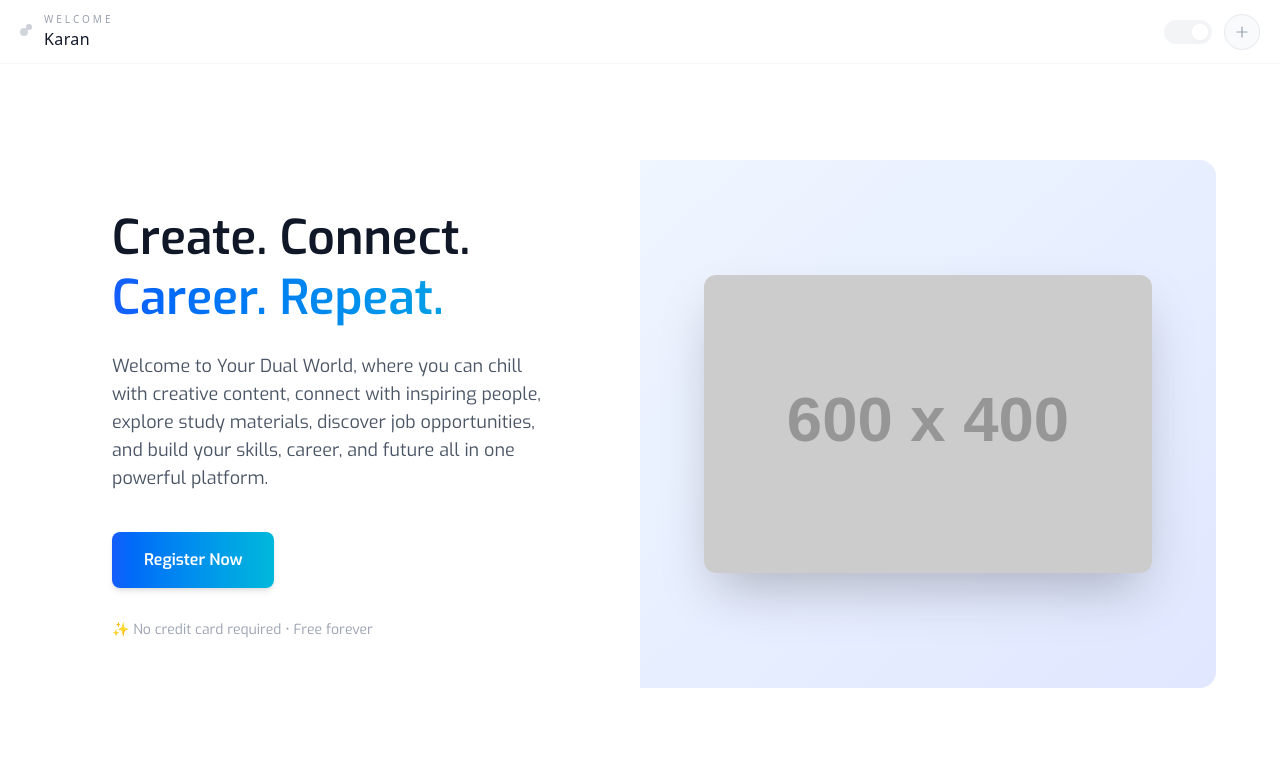
Repository: deepak445566/job
Page: / (app in frontend/)
The author's editor kept a copy of each file at every save. The page is drawn from the files as they stood at one save, then again after the next save.
The browser window is 1280 px wide. The pictures show the whole page.
The page's requests for data from a server got no answer. Some web fonts or font styles are not loaded; a fallback is used. The project was rebuilt for these pictures with package versions that can differ from the ones it lists, and the page was loaded fresh each time. Some packages were replaced by stand-ins written for this rebuild. No one was signed in, and anything a server would have sent is missing. Also part of the build but not shown: frontend/vite.config.js, frontend/src/Components/auth/Login.jsx, frontend/src/Components/study/StudyDashboard.jsx, frontend/src/Components/chill/ChillDashboard.jsx.

Above is the page before, as saved 2026-02-26 14:04:46.

### frontend/index.html
<!doctype html>
<html lang="en">
  <head>
    <meta charset="UTF-8" />
    <link rel="icon" type="image/svg+xml" href="/vite.svg" />
    <meta name="viewport" content="width=device-width, initial-scale=1.0" />
    <title>frontend</title>
    <link rel="preconnect" href="https://fonts.googleapis.com">
<link rel="preconnect" href="https://fonts.gstatic.com" crossorigin>
<link href="https://fonts.googleapis.com/css2?family=Exo:ital,wght@0,100..900;1,100..900&family=Playfair+Display:ital,wght@0,400..900;1,400..900&display=swap" rel="stylesheet">
  </head>
  <body>
    <div id="root"></div>
    <script type="module" src="/src/main.jsx"></script>
  </body>
</html>

### frontend/src/main.jsx
import { StrictMode } from 'react'
import { createRoot } from 'react-dom/client'
import './index.css'
import App from './App.jsx'
import {BrowserRouter} from 'react-router-dom'
import { AppContextProvider } from './context/AppContextProvider.jsx'




createRoot(document.getElementById('root')).render(
  <BrowserRouter>
  <AppContextProvider>
  <StrictMode>
    <App />
  </StrictMode>
  </AppContextProvider>
  </BrowserRouter>
)

### frontend/src/index.css
@import "tailwindcss";
.exo{
  font-family: "Exo", sans-serif;

  font-style: normal;
}

### frontend/src/App.jsx
import React from "react";
import Login from "./Components/auth/Login";
import { Route, Routes } from "react-router-dom";
import Dashboard from "./Components/Dashboard";
import { useAppContext } from "./context/AppContextProvider";
import Navbar from "./Components/common/Navbar";

function App() {
  const { showLogin } = useAppContext(); // user bhi lein context se

  return (
    <div>
      {/* Navbar hamesha dikhega */}
      <Navbar />

      {/* Login modal - tabhi dikhega jab showLogin true ho */}
      {showLogin && <Login />}

      <Routes>
        <Route path="/" element={<Dashboard />} />
      </Routes>
    </div>
  );
}

export default App;

### frontend/src/context/AppContextProvider.jsx
import { useContext, useEffect, useState } from "react";
import { useNavigate } from "react-router-dom";
import axios from "axios";
import { AppContext } from "./AppContext";
import toast from 'react-hot-toast';

axios.defaults.withCredentials = true;
axios.defaults.baseURL = import.meta.env.VITE_BACKEND_URL;
console.log("Base URL:", import.meta.env.VITE_BACKEND_URL);

export const AppContextProvider = ({ children }) => {
  const navigate = useNavigate();
  const [user, setUser] = useState(null);
  const [mode, setMode] = useState('chill'); // Default 'chill' ya 'study'
  const [showLogin, setShowLogin] = useState(false);
  const [loading, setLoading] = useState(true);

  const fetchUser = async () => {
    try {
      const { data } = await axios.get("/api/auth/isauth");
      if (data.success) {
        setUser(data.user);
        // User login hai toh uski mode fetch karo
        fetchUserMode();
      }
    } catch (error) {
      setUser(null);
    } finally {
      setLoading(false);
    }
  };

  // User ka mode fetch karne ka function
  const fetchUserMode = async () => {
    try {
      const { data } = await axios.get("/api/mode/");
      if (data.success) {
        setMode(data.mode);
      }
    } catch (error) {
      console.log("Error fetching mode:", error);
    }
  };

  // Mode toggle karne ka function
  const toggleMode = async () => {
    if (!user) {
      toast.error("Please login first");
      setShowLogin(true);
      return;
    }

    try {
      const { data } = await axios.put("/api/mode/switch");
      if (data.success) {
        setMode(data.mode);
        toast.success(data.message);
      }
    } catch (error) {
      toast.error(error.response?.data?.message || "Error switching mode");
    }
  };

  useEffect(() => {
    fetchUser();
  }, []);

  return (
    <AppContext.Provider
      value={{
        navigate,
        user,
        setUser,
        axios,
        setShowLogin,
        showLogin,
        mode,
        setMode,
        toggleMode,
        loading
      }}
    >
      {children}
    </AppContext.Provider>
  );
};

export const useAppContext = () => useContext(AppContext);

### frontend/src/Components/Dashboard.jsx
// components/Dashboard.jsx
import React from 'react';
import { useAppContext } from '../context/AppContextProvider';
import StudyDashboard from './study/StudyDashboard';
import ChillDashboard from './chill/ChillDashboard';

function Dashboard() {
  const { mode, user, setShowLogin, loading } = useAppContext();

  // Loading state
  if (loading) {
    return (
      <div className="min-h-screen flex items-center justify-center">
        <div className="text-center">
          <div className="w-16 h-16 border-4 border-blue-500 border-t-transparent rounded-full animate-spin mx-auto mb-4"></div>
          <p className="text-gray-600">Loading dashboard...</p>
        </div>
      </div>
    );
  }

  // Agar user login nahi hai
  if (!user) {
    return (
     <div className="min-h-screen  flex items-center justify-center  exo">

      <div className="max-w-6xl w-full   rounded-2xl overflow-hidden flex flex-col md:flex-row">

        {/* Left side: Text and button */}
        <div className="w-full md:w-1/2 p-8 sm:p-10 lg:p-12 flex flex-col justify-center space-y-6">
          {/* Heading */}
          <h1 className="text-4xl sm:text-5xl font-semibold text-gray-900 leading-tight">
           Create. Connect.
            <span className="text-transparent bg-clip-text bg-gradient-to-r from-blue-600 to-cyan-500 block ">
            Career. Repeat.
            </span>
          </h1>

          {/* Paragraph */}
          <p className="text-lg text-gray-600 max-w-md">
            Welcome to Your Dual World, where you can chill with creative content, connect with inspiring people, explore study materials, discover job opportunities, and build your skills, career, and future all in one powerful platform.
          </p>

          {/* Register Now Button */}
          <div className="pt-4">
            <button className="px-8 py-4 bg-gradient-to-r from-blue-600 to-cyan-500 text-white font-semibold rounded-lg shadow-md hover:shadow-lg transform hover:scale-105 transition-all duration-300 ease-in-out focus:outline-none focus:ring-2 focus:ring-blue-400 focus:ring-offset-2">
              Register Now
            </button>
          </div>

          {/* Optional extra trust indicator */}
          <p className="text-sm text-gray-400 pt-2">✨ No credit card required • Free forever</p>
        </div>

        {/* Right side: Image */}
        <div className="w-full md:w-1/2 bg-gradient-to-br from-blue-50 to-indigo-100 flex items-center justify-center p-8 sm:p-10 lg:p-12">
          {/*
            Using a placeholder image from placeholder.com.
            Replace the src with your own image.
            The image is made responsive with object-fit to maintain aspect ratio.
          */}
          <img
            src="https://placehold.co/600x400/3b82f6/ffffff/png?text=Your+Image+Here&font=montserrat"
            alt="Hero visual representing our platform"
            className="w-full h-auto max-w-md rounded-xl shadow-2xl object-cover transform hover:scale-105 transition-transform duration-500"
          />
        </div>
      </div>
    </div>
    );
  }

  // Mode ke hisaab se dashboard render karo
  return (
    <div className="transition-all duration-500">
      {mode === 'study' ? <StudyDashboard /> : <ChillDashboard />}
    </div>
  );
}

export default Dashboard;

### frontend/src/Components/common/Navbar.jsx
import React, { useState } from "react";
import { useAppContext } from "../../context/AppContextProvider";
import toast from "react-hot-toast";

function Navbar() {
  const { user, setUser, axios, setShowLogin, navigate, mode, toggleMode } =
    useAppContext();
  const [loggingOut, setLoggingOut] = useState(false);
  const [togglingMode, setTogglingMode] = useState(false);
  const [showProfileMenu, setShowProfileMenu] = useState(false);

  const handleLogout = async () => {
    try {
      setLoggingOut(true);
      const { data } = await axios.post("/api/auth/logout");
      if (data.success) {
        setUser(null);
        setShowLogin(true);
        toast.success("Logged out successfully");
        navigate("/");
      } else {
        toast.error(data.message || "Logout failed");
      }
    } catch (error) {
      toast.error(error.response?.data?.message || "Error logging out");
    } finally {
      setLoggingOut(false);
      setShowProfileMenu(false);
    }
  };

  const handleToggleMode = async () => {
    try {
      setTogglingMode(true);
      await toggleMode();
    } catch (error) {
      console.error("Error toggling mode:", error);
    } finally {
      setTogglingMode(false);
    }
  };

  const handleProfileClick = () => {
    if (user) {
      setShowProfileMenu(!showProfileMenu);
    } else {
      setShowLogin(true);
    }
  };

  // Get first letter of name for avatar
  const getInitial = () => {
    if (user?.username) return user.username[0].toUpperCase();
    if (user?.email) return user.email[0].toUpperCase();
    return 'K';
  };

  return (
    <nav className="bg-white/80 backdrop-blur-xl px-5 py-3 border-b border-gray-100/50 sticky top-0 z-50">
      <div className="flex justify-between items-center max-w-7xl mx-auto">
        {/* Left Side - Minimal Luxury Greeting */}
        <div className="flex items-center gap-4">
          {/* Ultra-minimal greeting dot */}
          <div className="relative">
            <div className="w-2 h-2 bg-gray-300 rounded-full"></div>
            <div className="absolute -top-1 -right-1 w-1.5 h-1.5 bg-gray-400 rounded-full opacity-50"></div>
          </div>

          {/* Name with exquisite typography */}
          <div className="flex flex-col">
            <span className="text-[10px] uppercase tracking-[0.3em] text-gray-400 font-light">
              Welcome
            </span>
            <div className="flex items-center gap-2">
              <span className="text-base font-light text-gray-900 tracking-wide">
                {user?.username || user?.email?.split('@')[0] || 'Karan'}
              </span>
              {user && (
                <span className="w-1 h-1 bg-gray-300 rounded-full"></span>
              )}
            </div>
          </div>
        </div>

        {/* Right Side - Ultra Minimal Actions */}
        <div className="flex items-center gap-3">
          {/* Mode Toggle - Refined Switch */}
          <button
            onClick={handleToggleMode}
            disabled={togglingMode || !user}
            className={`relative w-12 h-6 rounded-full transition-all duration-700 ${
              user
                ? mode === 'study'
                  ? 'bg-gray-900'
                  : 'bg-gray-400'
                : 'bg-gray-100 cursor-not-allowed'
            }`}
            title={!user ? "Login to switch mode" : `Switch to ${mode === 'study' ? 'Chill' : 'Study'}`}
          >
            <span
              className={`absolute top-1 left-1 w-4 h-4 bg-white rounded-full shadow-xl transform transition-all duration-500 ease-in-out ${
                mode === 'chill' ? 'translate-x-6' : ''
              }`}
            />
          </button>

          {/* Profile - Museum Quality */}
          <div className="relative">
            <button
              onClick={handleProfileClick}
              className="group relative focus:outline-none"
            >
              {/* Ultra subtle ring */}
              {user && (
                <div className="absolute -inset-0.5 bg-gradient-to-r from-gray-200 to-gray-300 rounded-full opacity-0 group-hover:opacity-100 transition-opacity duration-500 blur-[1px]"></div>
              )}

              {/* Minimal Avatar */}
              <div className={`relative w-9 h-9 rounded-full flex items-center justify-center transition-all duration-300 ${
                user
                  ? 'bg-gray-900 text-white border border-white/20'
                  : 'bg-gray-50 text-gray-400 border border-gray-200'
              }`}>
                {user ? (
                  <span className="text-xs font-light tracking-wider">{getInitial()}</span>
                ) : (
                  <svg width="16" height="16" viewBox="0 0 16 16" fill="none" xmlns="http://www.w3.org/2000/svg">
                    <path d="M8 3V13M3 8H13" stroke="currentColor" strokeWidth="1.2" strokeLinecap="round"/>
                  </svg>
                )}
              </div>
            </button>

            {/* Profile Menu - Minimal Luxury Dropdown */}
            {showProfileMenu && user && (
              <>
                {/* Backdrop */}
                <div
                  className="fixed inset-0 z-40"
                  onClick={() => setShowProfileMenu(false)}
                />

                {/* Menu Card - Like a luxury boutique */}
                <div className="absolute right-0 mt-3 w-56 bg-white/95 backdrop-blur-xl rounded-2xl shadow-[0_20px_40px_-15px_rgba(0,0,0,0.1)] border border-gray-100/80 z-50 overflow-hidden">
                  {/* User Info - Minimal */}
                  <div className="px-5 py-4 border-b border-gray-100/50">
                    <p className="text-xs text-gray-400 uppercase tracking-[0.2em] mb-2 font-light">
                      Account
                    </p>
                    <p className="text-sm font-medium text-gray-900 mb-0.5">
                      {user.username || 'User'}
                    </p>
                    <p className="text-xs text-gray-400 truncate font-light">
                      {user.email || 'user@example.com'}
                    </p>
                  </div>

                  {/* Menu Items - Refined */}
                  <div className="p-2">
                    <button
                      onClick={() => {
                        setShowProfileMenu(false);
                        navigate('/profile');
                      }}
                      className="w-full px-4 py-2.5 text-left hover:bg-gray-50/80 rounded-xl transition-all duration-200 flex items-center gap-3 text-gray-600 group"
                    >
                      <span className="text-sm opacity-50 group-hover:opacity-100 transition-opacity">👤</span>
                      <span className="text-xs font-light tracking-wide">Profile</span>
                    </button>

                    <button
                      onClick={() => {
                        setShowProfileMenu(false);
                        navigate('/settings');
                      }}
                      className="w-full px-4 py-2.5 text-left hover:bg-gray-50/80 rounded-xl transition-all duration-200 flex items-center gap-3 text-gray-600 group"
                    >
                      <span className="text-sm opacity-50 group-hover:opacity-100 transition-opacity">⚙️</span>
                      <span className="text-xs font-light tracking-wide">Settings</span>
                    </button>

                    <div className="h-px bg-gray-100/50 my-2"></div>

                    <button
                      onClick={handleLogout}
                      disabled={loggingOut}
                      className="w-full px-4 py-2.5 text-left hover:bg-red-50/50 rounded-xl transition-all duration-200 flex items-center gap-3 text-red-400 group"
                    >
                      <span className="text-sm opacity-50 group-hover:opacity-100 transition-opacity">🚪</span>
                      <span className="text-xs font-light tracking-wide flex-1">
                        {loggingOut ? "Exiting..." : "Sign out"}
                      </span>
                      {loggingOut && (
                        <span className="w-3 h-3 border border-red-300 border-t-transparent rounded-full animate-spin" />
                      )}
                    </button>
                  </div>
                </div>
              </>
            )}
          </div>
        </div>
      </div>
    </nav>
  );
}

export default Navbar;

Loaded but not shown: frontend/src/context/AppContext.jsx (common file)

After the next save:
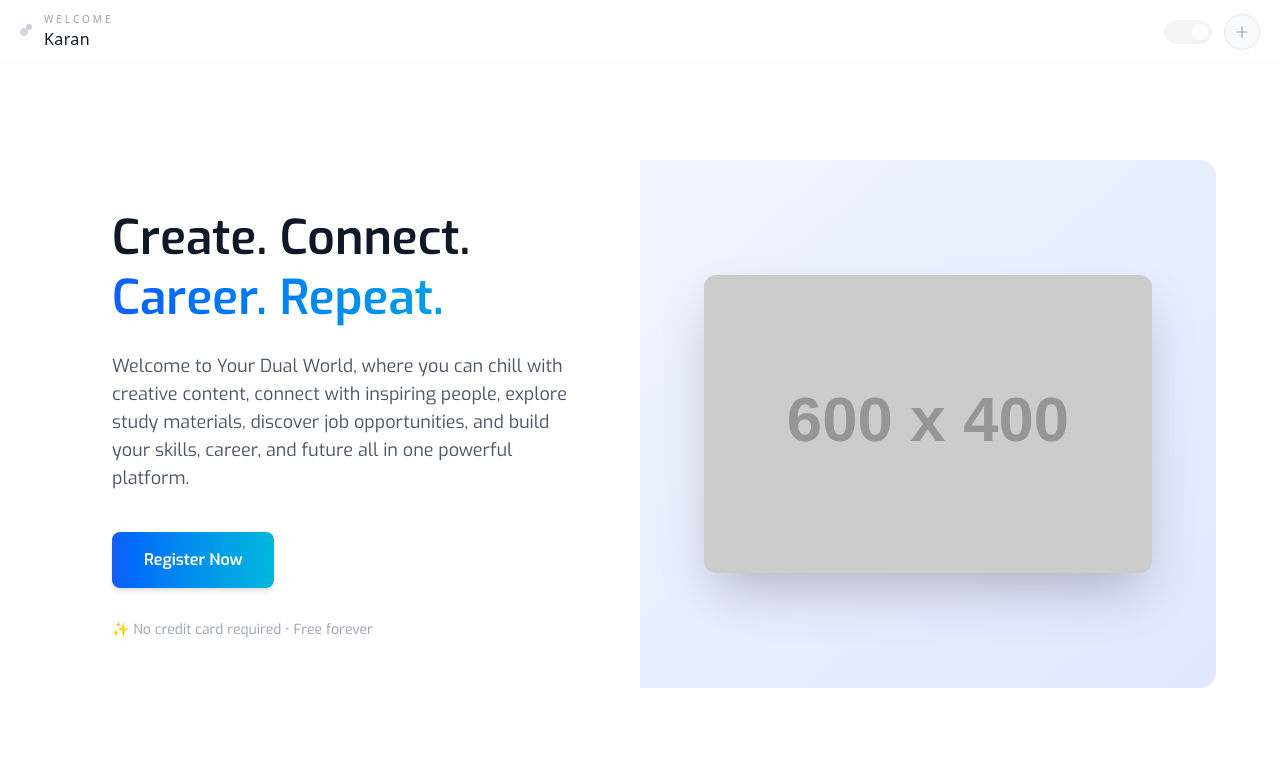
Saved 15 s later.
--- a/frontend/src/Components/Dashboard.jsx
+++ b/frontend/src/Components/Dashboard.jsx
@@ -37,7 +37,7 @@ function Dashboard() {
           </h1>
 
           {/* Paragraph */}
-          <p className="text-lg text-gray-600 max-w-md">
+          <p className="text-lg text-gray-600 ">
             Welcome to Your Dual World, where you can chill with creative content, connect with inspiring people, explore study materials, discover job opportunities, and build your skills, career, and future all in one powerful platform.
           </p>
 
